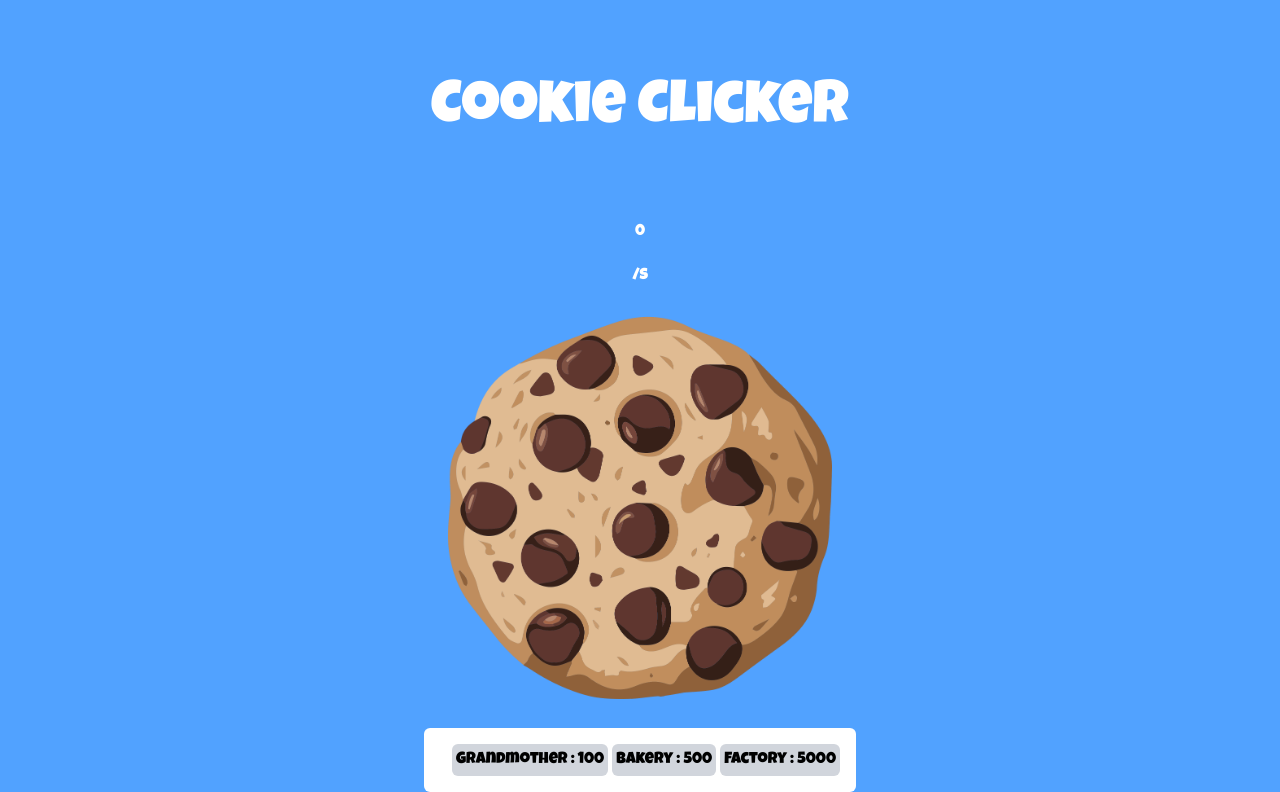
Repository: Cozmoss/cookie_clicker
Page: /
An editor plug-in stored every save of this project. The page is shown before and after a run of saves, followed by the edit.
The browser window is 1280 px wide. The pictures show the whole page.
The project was rebuilt for these pictures with package versions that can differ from the ones it lists, and the page was loaded fresh each time. Also part of the build but not shown: vite.config.js, src/App.css.

Above is the page before, as saved 2026-04-24 15:16:36.

### index.html
<!doctype html>
<html lang="en">
	<head>
		<meta charset="UTF-8" />
		<link rel="icon" type="image/svg+xml" href="/favicon.svg" />
		<meta name="viewport" content="width=device-width, initial-scale=1.0" />
		<link href="https://fonts.googleapis.com/css2?family=Luckiest+Guy&display=swap" rel="stylesheet" />
		<title>Cookie Clicker</title>
	</head>
	<body>
		<div id="root"></div>
		<script type="module" src="/src/main.jsx"></script>
	</body>
</html>

### src/index.css
@import "tailwindcss";

:root {
	font-family: "Luckiest Guy";
	background-color: oklch(70.7% 0.165 254.624);
}

### src/App.jsx
import "./App.css";
import Header from "./components/Header";
import CookieCount from "./components/CookieCount";
import CookiePerSecond from "./components/CookiePerSecond";
import Cookie from "./components/Cookie";
import Shop from "./components/Shop";
import { GameProvider } from "./context/GameContext";

function App() {
	return (
		<GameProvider>
			<Header />
			<main className="grid justify-items-center gap-5">
				<CookieCount />
				<CookiePerSecond />
				<Cookie />
				<Shop />
			</main>
		</GameProvider>
	);
}

export default App;

### src/components/Header.jsx
function Header() {
	return <header className="text-6xl text-white text-center my-20">Cookie Clicker</header>;
}

export default Header;

### src/components/CookieCount.jsx
import { useGame } from "../context/GameContext";

function CookieCount() {
    const { state } = useGame();

	return <div className="text-white">{state.count}</div>;
}

export default CookieCount;

### src/components/CookiePerSecond.jsx
import { useGame } from "../context/GameContext";

function CookiePerSecond() {
    const {state} = useGame();
	return <div className="text-white">{state.cps}/s</div>;
}

export default CookiePerSecond;

### src/components/Cookie.jsx
import cookie from "../assets/cookie.png";
import { useGame } from "../context/GameContext";

function Cookie() {
    const { dispatch } = useGame();
	return (
		<div>
			<button className="cursor-pointer" onClick={() => dispatch({type: "CLICK_COOKIE"})}>
				<img src={cookie} alt="Cookie" className="w-96" />
			</button>
		</div>
	);
}

export default Cookie;

### src/components/Shop.jsx
import { useGame } from "../context/GameContext";

function Shop() {
    const { state, dispatch } = useGame();
	return (
		<div className="bg-white p-4 rounded-md">
            {state.upgrades.map((upgrade) => (
                <button key={upgrade.id} className="bg-gray-300 rounded-md cursor-pointer align-middle mr-1"></button>
            ))}
			<button className="bg-gray-300 rounded-md cursor-pointer p-1 align-middle mr-1">Grandmother : 100</button>
			<button className="bg-gray-300 rounded-md cursor-pointer p-1 align-middle mr-1">Bakery : 500</button>
			<button className="bg-gray-300 rounded-md cursor-pointer p-1 align-middle">Factory : 5000</button>
		</div>
	);
}

export default Shop;

### src/context/GameContext.jsx
import { createContext, useContext, useEffect, useReducer } from "react";

const GameContext = createContext()

const initialState = {
    count: 0,
    cookiePerSecond: 0,
    upgrades: [
        {id: 1, name: "Grandmother", cost: 100, cps: 10},
        {id: 2, name: "Bakery", cost: 500, cps: 100},
        {id: 3, name: "Factory", cost: 5000, cps: 500},
    ],
}

function GameReducer(state, action) {
    switch (action.type) {
        case "CLICK_COOKIE":
            return {...state, count: state.count + 1};
        case "BUY_UPGRADE":
            return {...state, count: state.count - action.payload.cost, cookiePerSecond: state.cookiePerSecond + action.payload.cps};
        case "TICK":
            return {...state, count: state.count + state.cookiePerSecond};
        default:
            return state;
    }
}

export function GameProvider({children}) {
    const [state, dispatch] = useReducer(GameReducer, initialState);

    useEffect(() => {
        const interval = setInterval(() => dispatch({type: "TICK"}), 1000);
        return () => clearInterval(interval);
    }, []);

    return (<GameContext.Provider value={{state, dispatch}}>
        {children}
    </GameContext.Provider>);
}

export const useGame = () => useContext(GameContext);

Loaded but not shown: src/main.jsx (common file)

After the next 4 saves:
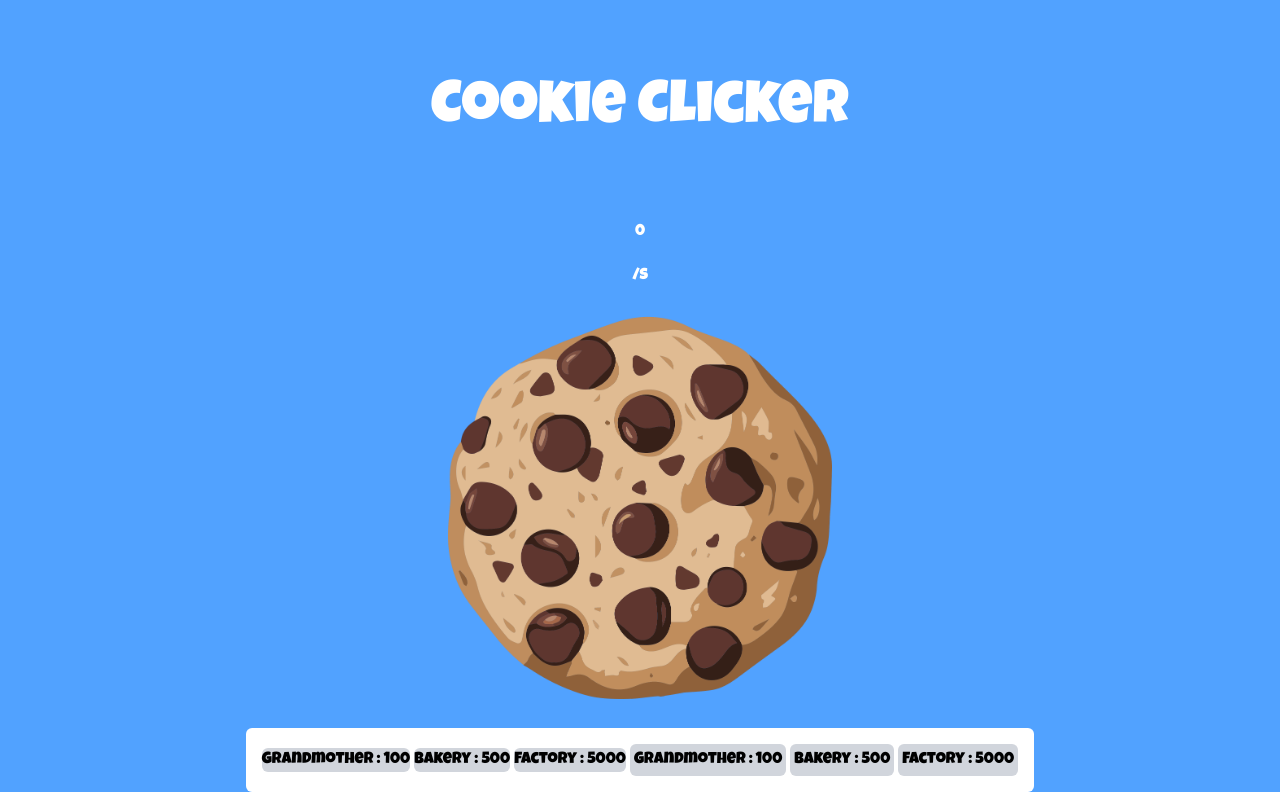
The 4 saves are shown as one change because they came seconds apart.
The last was saved 12 s later.
--- a/src/components/Shop.jsx
+++ b/src/components/Shop.jsx
@@ -5,7 +5,7 @@ function Shop() {
 	return (
 		<div className="bg-white p-4 rounded-md">
             {state.upgrades.map((upgrade) => (
-                <button key={upgrade.id} className="bg-gray-300 rounded-md cursor-pointer align-middle mr-1"></button>
+                <button key={upgrade.id} className="bg-gray-300 rounded-md cursor-pointer align-middle mr-1">{upgrade.name} : {upgrade.cost}</button>
             ))}
 			<button className="bg-gray-300 rounded-md cursor-pointer p-1 align-middle mr-1">Grandmother : 100</button>
 			<button className="bg-gray-300 rounded-md cursor-pointer p-1 align-middle mr-1">Bakery : 500</button>
